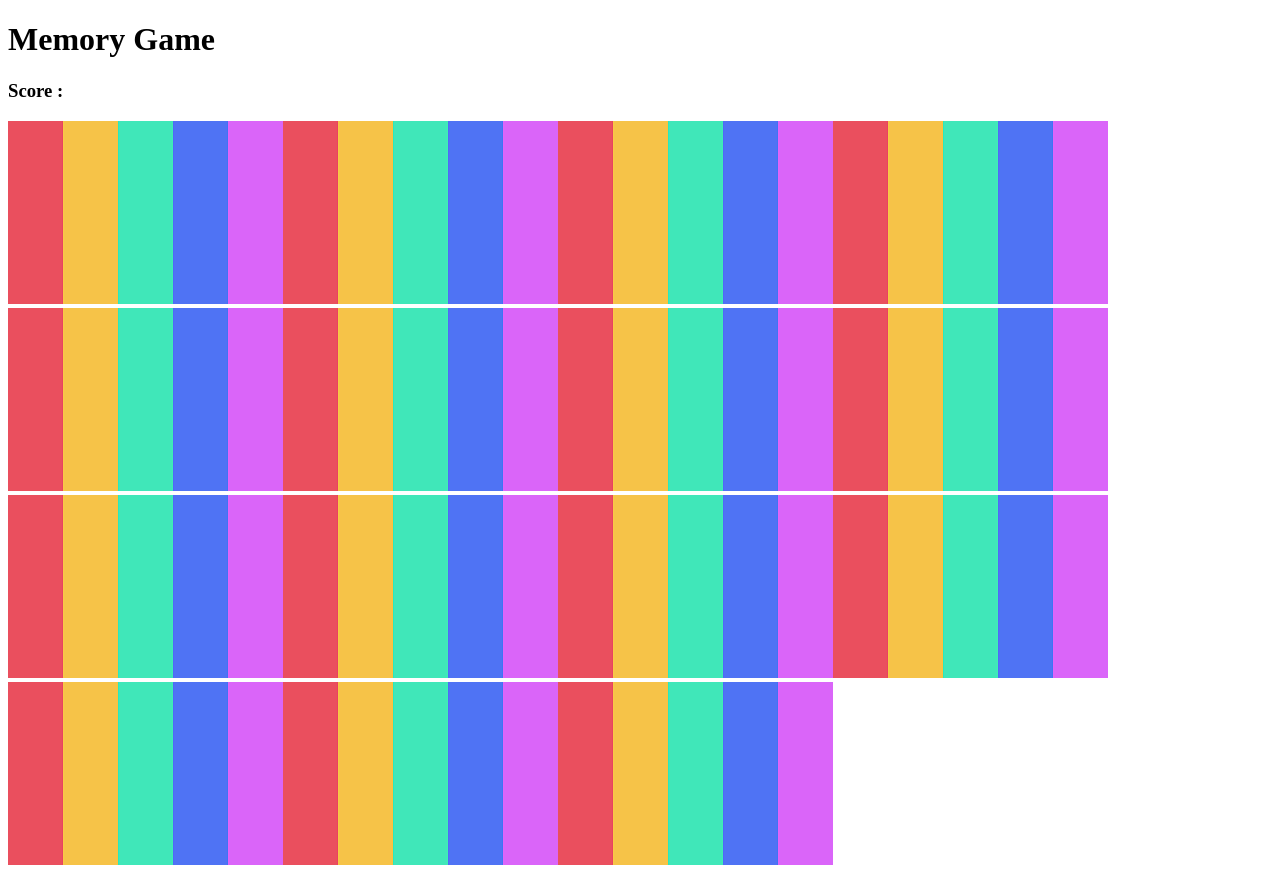
Repository: divyaravada/javascript-games
Page: memory-game/memorygame.html
These files come from the project's save history. The page is drawn as it stood at one moment and after the next save; the edit follows.
The browser window is 1280 px wide. The pictures show the whole page.

Above is the page before, as saved 2022-03-15 14:45:27.

After the next save:
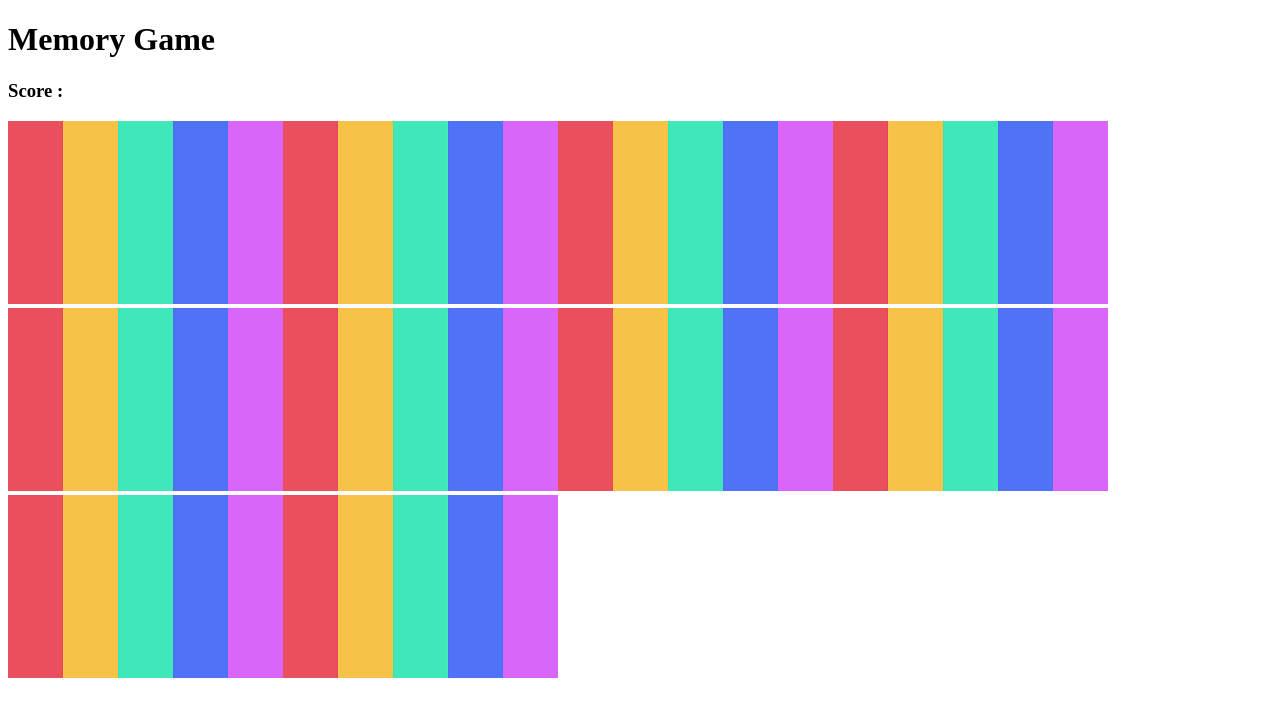
Saved 40 s later.
--- a/memory-game/memory.js
+++ b/memory-game/memory.js
@@ -70,7 +70,7 @@ cardArray.sort(() => 0.5 - Math.random());
 const gridDisplay = document.querySelector("#grid");
 
 function createBoard() {
-  for (let i = 0; i < 15; i++) {
+  for (let i = 0; i < 10; i++) {
     const card = document.createElement("img");
     card.setAttribute("src", "images/rainbow.png");
     card.setAttribute("data-id", i);
